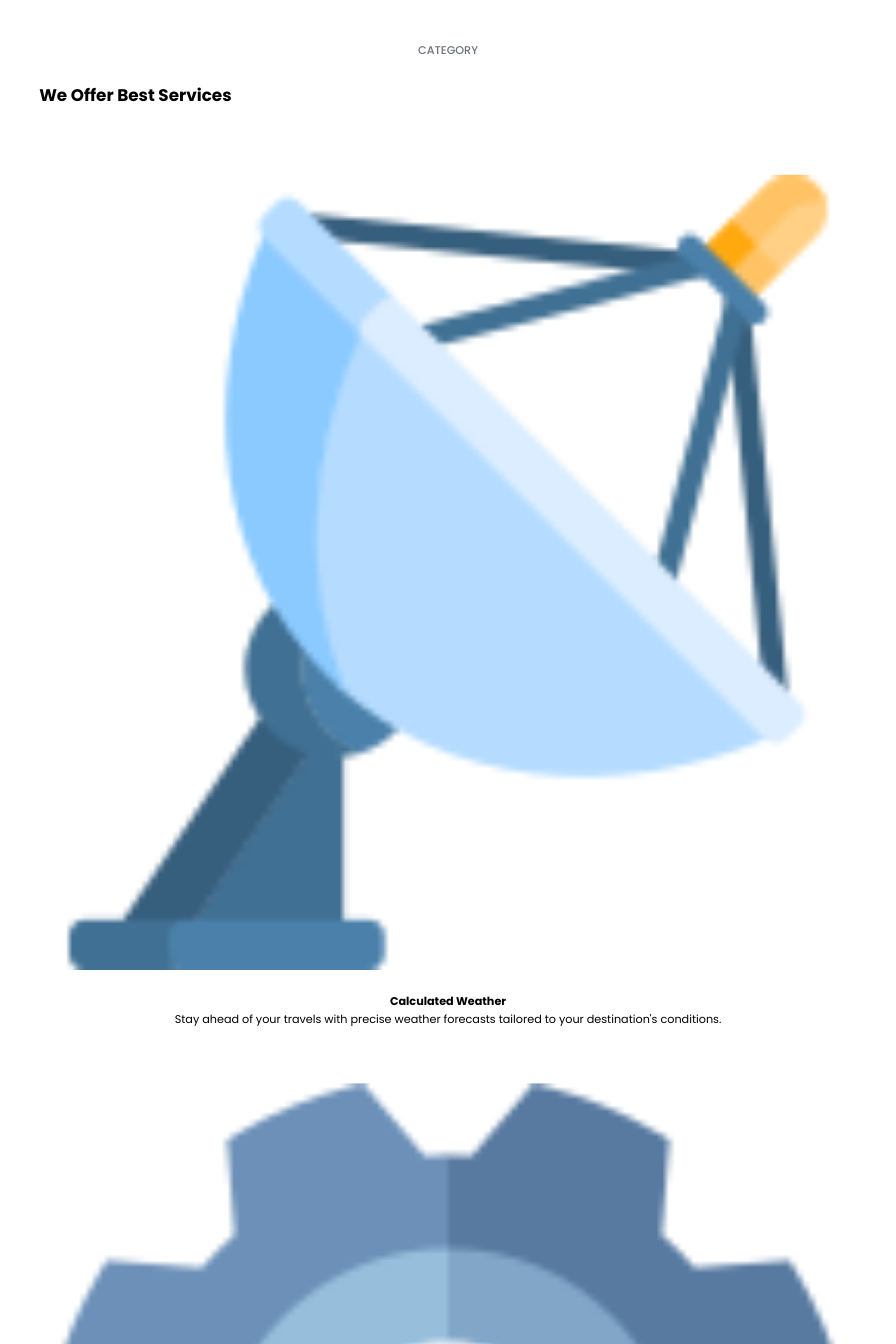
Repository: ntandomagana/travel-website
Page: index.html
These files come from the project's save history. The page is drawn as it stood at one moment and after a run of saves; the edit follows.
The browser window is 1280 px wide. The pictures show the part of the page from y = 1274 to 3194 px (the page is 11487 px tall before and 9335 px after), at 70% of full size.

Above is the page before, as saved 2024-05-07 13:20:14.

After the next 3 saves:
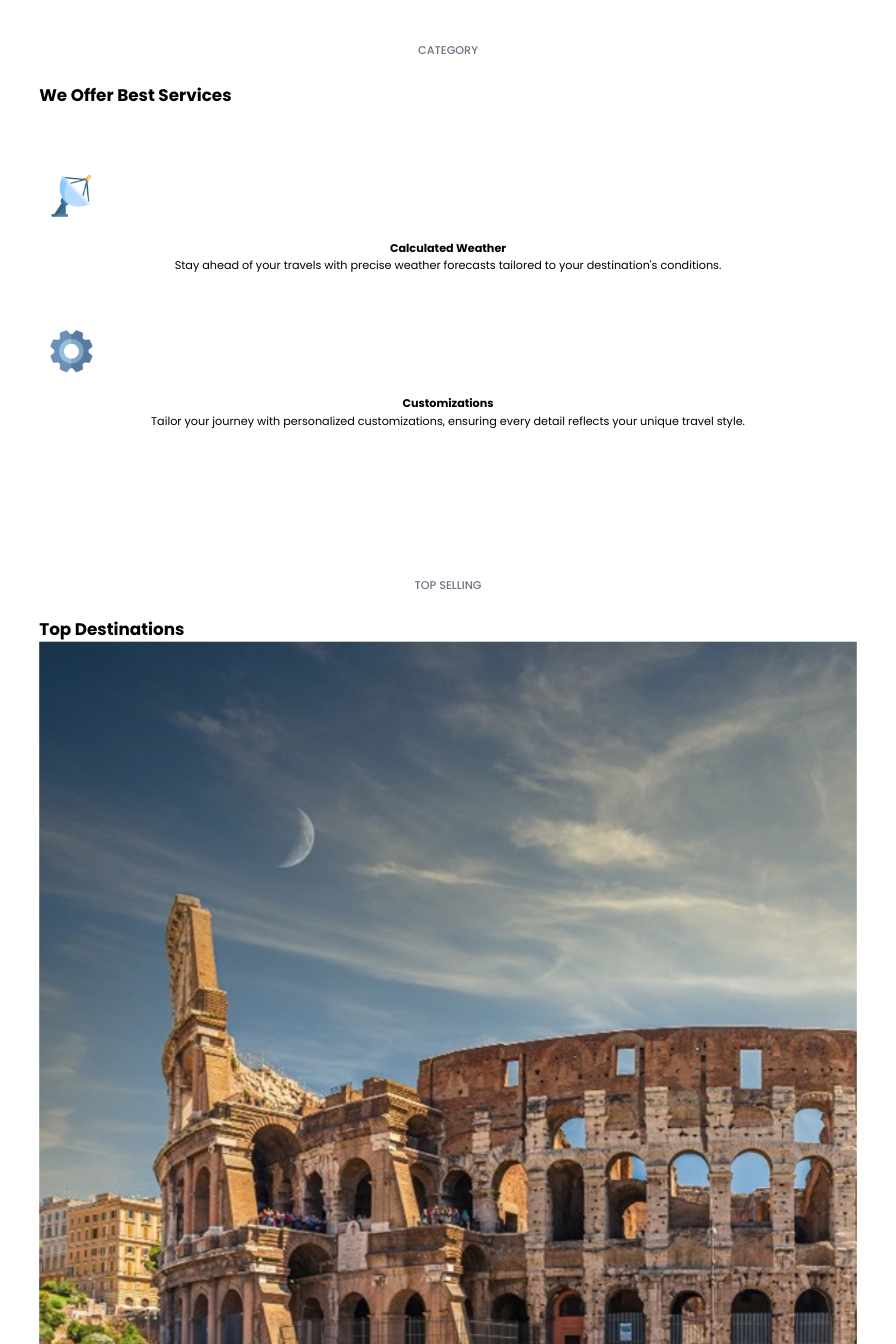
The 3 saves are shown as one change because they came seconds apart.
The last was saved 11 s later.
--- a/style.css
+++ b/style.css
@@ -219,4 +219,6 @@ ul {
 
 .service-card  img {
     margin-bottom: 2rem;
-}
+    max-width: 60px;
+    margin
+}
